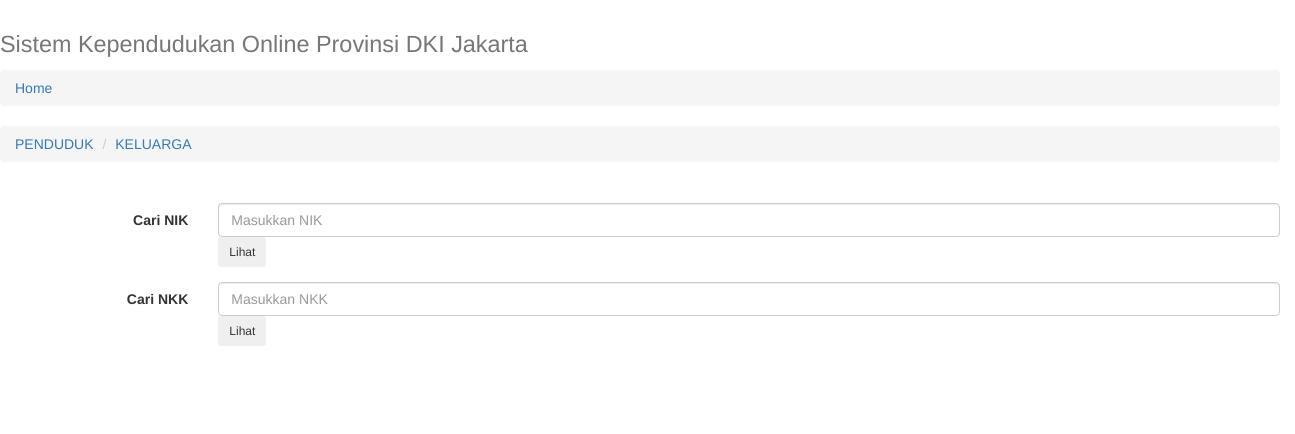
Repository: apap-2017/tugas1_1406544135
Page: http://localhost/index
An editor plug-in stored every save of this project. The page is shown before and after the next save, followed by the edit.
The browser window is 1280 px wide. The page is 1295 px wide, so the pictures cover 1295 px, including what lies to the right of the window. The pictures show the whole page.
The page is this project's Thymeleaf template; nobody is signed in. The template is opened directly, without the code that normally fills it, so the values that code supplies are empty.

Above is the page before, as saved 2017-10-20 03:49:44.

### Tugas1_1406544135/src/main/resources/templates/index.html
<!DOCTYPE HTML>
<html xmlns="http://www.w3.org/1999/xhtml"
	xmlns:th="http://www.thymeleaf.org">
<head>
<title>Siduk DKI</title>
<meta http-equiv="Content-Type" content="text/html; charset=UTF-8" />
     <link href="../../static/css/bootstrap.min.css" rel="stylesheet" th:href="@{/css/bootstrap.min.css}" />
</head>

<body>

	<section class="content-header">
		<h1>
			<small>Sistem Kependudukan Online Provinsi DKI Jakarta</small>
		</h1>
		<ol class="breadcrumb">
			<li><a th:href="@{/}">Home</a></li>
		</ol>
	</section>

	<nav class="navbar navbar-static-top" role="navigation">
		<ol class="breadcrumb">
			<li><a th:href="@{/penduduk/}">PENDUDUK</a></li>
			<li><a th:href="@{/keluarga/}">KELUARGA</a></li>
		</ol>
	</nav>

	<form class="form-horizontal" action="/penduduk" method="get">
		<div class="form-group">
			<label class="col-sm-2 control-label">Cari NIK</label>
			<div class="col-sm-10">
				<input type="text" name="nik" class="form-control" placeholder="Masukkan NIK"/>
				<button type="submit" class="btn btn-sm bg-teal pull-left" name="action" value="save">Lihat</button>
			</div>
		</div>
	</form>

	<form class="form-horizontal" action="/keluarga" method="get">
		<div class="form-group">
			<label class="col-sm-2 control-label">Cari NKK</label>
			<div class="col-sm-10">
				<input type="text" name="nkk" class="form-control" placeholder="Masukkan NKK"/>
				<button type="submit" class="btn btn-sm bg-teal pull-left" name="action" value="save">Lihat</button>
			</div>
		</div>
	</form>

</body>

</html>

Loaded but not shown: Tugas1_1406544135/src/main/resources/static/css/bootstrap.min.css (library)

After the next save:
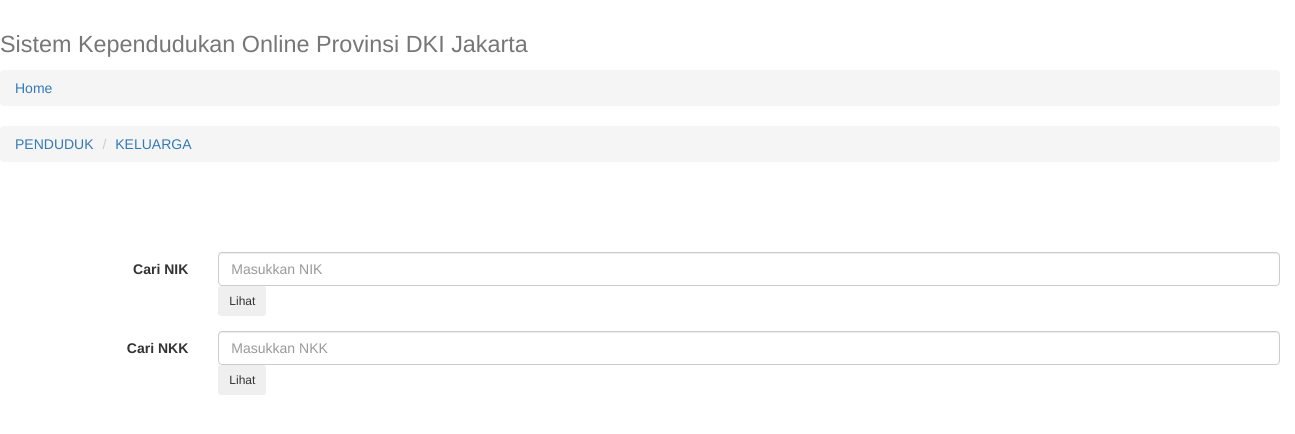
Saved 14 s later.
--- a/Tugas1_1406544135/src/main/resources/templates/index.html
+++ b/Tugas1_1406544135/src/main/resources/templates/index.html
@@ -16,13 +16,14 @@
 		<ol class="breadcrumb">
 			<li><a th:href="@{/}">Home</a></li>
 		</ol>
-	</section>
-
-	<nav class="navbar navbar-static-top" role="navigation">
 		<ol class="breadcrumb">
 			<li><a th:href="@{/penduduk/}">PENDUDUK</a></li>
 			<li><a th:href="@{/keluarga/}">KELUARGA</a></li>
 		</ol>
+	</section>
+
+	<nav class="navbar navbar-static-top" role="navigation">
+
 	</nav>
 
 	<form class="form-horizontal" action="/penduduk" method="get">
